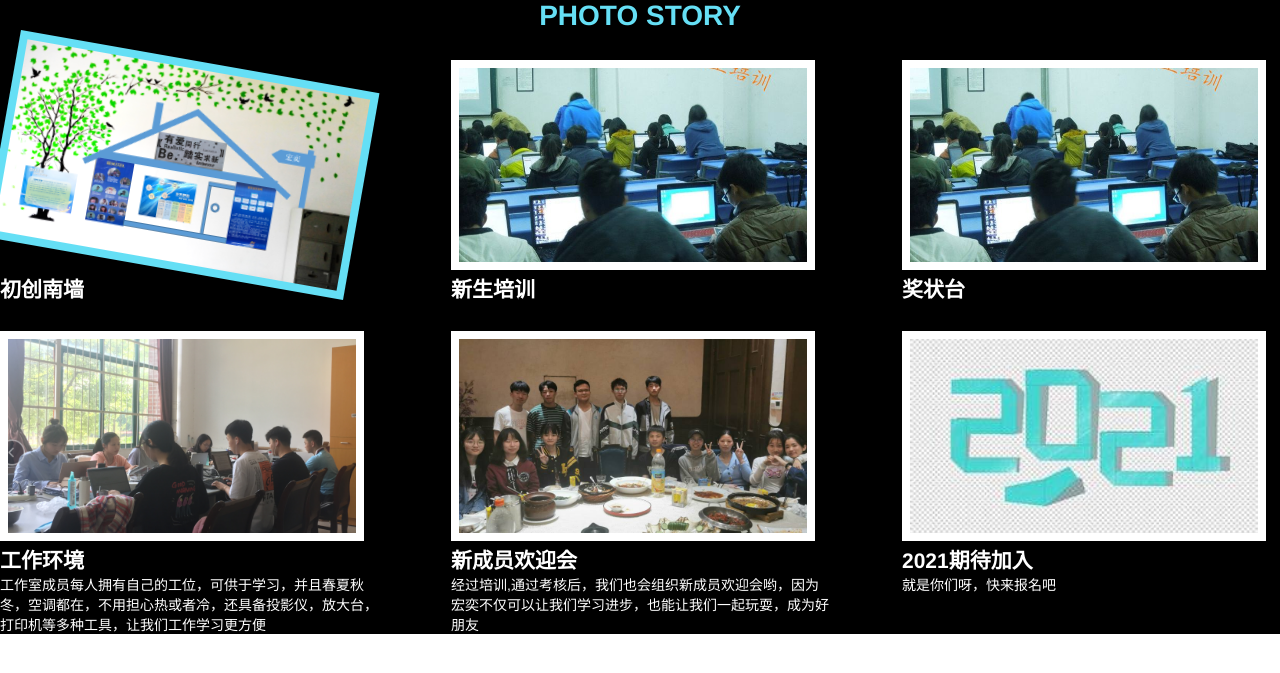
Repository: Homyit20/website
Page: /#/photo
An editor plug-in stored every save of this project. The page is shown before and after the next save, followed by the edit.
The browser window is 1280 px wide. The pictures show the whole page.
The project was rebuilt for these pictures with package versions that can differ from the ones it lists, and the page was loaded fresh each time. Also part of the build but not shown: vue.config.js.

Above is the page before, as saved 2021-08-10 16:12:10.

### public/index.html
<!DOCTYPE html>
<html lang="">
  <head>
    <meta charset="utf-8">
    <meta http-equiv="X-UA-Compatible" content="IE=edge">
    <meta name="viewport" content="width=device-width,initial-scale=1.0">
    <link rel="icon" href="<%= BASE_URL %>favicon.ico">
    <!-- <title><%= htmlWebpackPlugin.options.title %></title> -->
    <title><%= htmlWebpackPlugin.options.title %></title>
    <style>
      *{
        cursor: url("火箭.ico"),auto;
      }
      .body{
        overflow-x: hidden;
      }
    </style>
  </head>
  <body class="body">
    <noscript>
      <strong>We're sorry but <%= htmlWebpackPlugin.options.title %> doesn't work properly without JavaScript enabled. Please enable it to continue.</strong>
    </noscript>
    <div id="app"></div>
    <!-- built files will be auto injected -->
  </body>
</html>

### src/main.js
import Vue from 'vue'
import App from './App.vue'
import router from './router'
import store from './store'
// import VueCookies from 'vue-cookies'
// import axios from 'axios'
// import VueAxios from 'vue-axios'
import 'animate.css/animate.min.css'
// Vue.use(VueCookies)
// Vue.use(VueAxios, axios);

Vue.config.productionTip = false

new Vue({
  router,
  store,
  render: h => h(App),
}).$mount('#app')

//报名成功或者已报名才可进入二维码页面
router.beforeEach((to, from, next) => {
  //路由导航
  if (to.meta.islogin) {

    if (store.state.success == 1) {
      next()
    } else {
      next({
        path: from.path
      })
    }
  } else {

    if (to.meta.islogin) {
      if (store.state.success == 1) {
        next()
      } else {
        next({
          path: from.path
        })
      }
    } else {
      next()
    }
  }
})
window.onload = function(){
  document.title = "HOMYIT STUDIO"
}

### src/App.vue
<template>
  <div id="app">
    <router-view></router-view>
  </div>
</template>

<script>
// import NavBar from "./components/enter/enter.vue"
export default {
  name: "App"
};
</script>

<style>
* {
  margin: 0;
  padding: 0;
  box-sizing: border-box;
}
html {
  font-size: 14px;
}
#app {
  font-family: Avenir, Helvetica, Arial, sans-serif;
}
</style>

### src/router/index.js
import Vue from 'vue'
import VueRouter from 'vue-router'

Vue.use(VueRouter);

const routes = [
    {
        path: '/',
        redirect: '/enter',
        meta : {
            title : 'enter'
        }
    },
    {
        path: '/technique',
        component: () => import('../views/technique.vue'),
        meta : {
            title : 'technique'
        }
    },
    {
        path: '/develop',
        component: () => import('../views/develop.vue'),
        meta : {
            title : 'develop'
        }
    },
    {
        path: '/enter',
        component: () => import('../views/enter.vue'),
        meta : {
            title : 'enter'
        }
    },
    {
        path: '/login',
        component: () => import('../views/login.vue'),
        redirect: '/login/loginform',
        children: [{
            path: '/login/loginform',
            component: () => import('../components/content/loginform.vue'),
            meta : {
                title : 'login'
            }
        },
        {
            path: '/login/contact',
            component: () => import('../components/content/contact.vue'),
            meta: {
                islogin: true,
                title : 'contact'
            }
        }
        ]
    },
    {
        path: '/home',
        component: () => import('../views/Home.vue'),
        meta : {
            title : 'home'
        }
    }, {
        path: '/background',
        component: () => import('../views/background.vue'),
        meta : {
            title : 'background'
        }
    },
    {
        path : '/photo',
        component : () => import('../views/photo.vue')
    }
]

const router = new VueRouter({
    routes
})

export default router;

### src/store/index.js
import Vue from 'vue'
import Vuex from 'vuex'

Vue.use(Vuex)

const store = new Vuex.Store({
    state : {
        success : 0,
        isnav : false
    },
    mutations : {
        judge(state){
            state.success = 1
        }
    }
})

export default store;

### src/views/photo.vue
<template>
  <div class="photos-back">
    <h1>PHOTO STORY</h1>
    <div class="photo-content">
      <div class="photo-content-img">
        <img src="../assets/techlogin/images/南墙.png" class="photo-animate-one our-photo" @click="changephoto(0)">
        <h2>初创南墙</h2>
        <p></p>
      </div>
      <div class="photo-content-img">
        <img src="../assets/techlogin/images/新生培训.jpg" class="our-photo" @click="changephoto(1)">
        <h2>新生培训</h2>
        <p></p>
      </div>
      <div class="photo-content-img">
        <img src="../assets/techlogin/images/新生培训.jpg" class="our-photo" @click="changephoto(2)">
        <h2>奖状台</h2>
        <p></p>
      </div>
      <div class="photo-content-img">
        <img src="../assets/techlogin/images/工作环境.png" class="our-photo" @click="changephoto(3)">
        <h2>工作环境</h2>
        <p>工作室成员每人拥有自己的工位，可供于学习，并且春夏秋冬，空调都在，不用担心热或者冷，还具备投影仪，放大台，打印机等多种工具，让我们工作学习更方便</p>
      </div>
      <div class="photo-content-img">
        <img src="../assets/techlogin/images/2020.jpg" class="our-photo" @click="changephoto(4)">
        <h2>新成员欢迎会</h2>
        <p>经过培训,通过考核后，我们也会组织新成员欢迎会哟，因为宏奕不仅可以让我们学习进步，也能让我们一起玩耍，成为好朋友</p>
      </div>
      <div class="photo-content-img">
        <img src="../assets/techlogin/images/2021.jpg" @click="phototojoin()">
        <h2>2021期待加入</h2>
        <p>就是你们呀，快来报名吧</p>
      </div>
    </div>
  </div>
</template>

<script>
  let photobefore = 0;
  export default {
    name : 'photo',
    methods:{
      changephoto(value){
        let ourphoto = document.getElementsByClassName('our-photo');
        let photoh2 = document.getElementsByTagName('h2');
        photoh2[value].style.color = '#65dff5';
        photoh2[photobefore].style.color = '#fff';
        ourphoto[0].classList.remove('photo-animate-one');
        ourphoto[photobefore].classList.remove('photo-animate-one');
        ourphoto[value].classList.add('photo-animate-one');
        photobefore = value;
      },
      phototojoin(){
      this.$router.push({
        path : '/login/loginform'
      })
    }
    }
  }
</script>

<style>
.photos-back{
  width: 100vw;
  background-color: #000;
  display: flex;
  flex-direction: column;
  align-items: center;
  color: #65dff5;
}
.photo-content{
  display: flex;
  justify-content: space-between;
  flex-wrap: wrap;
}
.photo-content-img{
  width: 27rem;
  margin-top: 2rem;
  color: #fff;
}
.photo-content-img img{
  border: 8px solid #fff;
  width: 26rem;
  height: 15rem;
  object-fit: cover;
}
  .photo-content-img .photo-animate-one{
    border: 8px solid #65dff5;
    animation: photoone 2s infinite ease-in-out;
  }
/* 动画 */
@keyframes photoone {
  0%{
    transform: rotate(0deg);
  }
  50%{
    transform: rotate(10deg);
  }
  100%{
    transform: rotate(0deg);
  }
}


@media screen and (max-width : 800px){
  .photo-content{
    display: flex;
    flex-direction: column;
    align-items: center;
 }
   .photo-content-img img{
    width: 22rem;
    height: 12rem;
  }
}
@media screen and (min-width: 1500px){
  .photo-content-img img{
    width: 35rem;
    height: 20rem;
  }
}
</style>

After the next save:
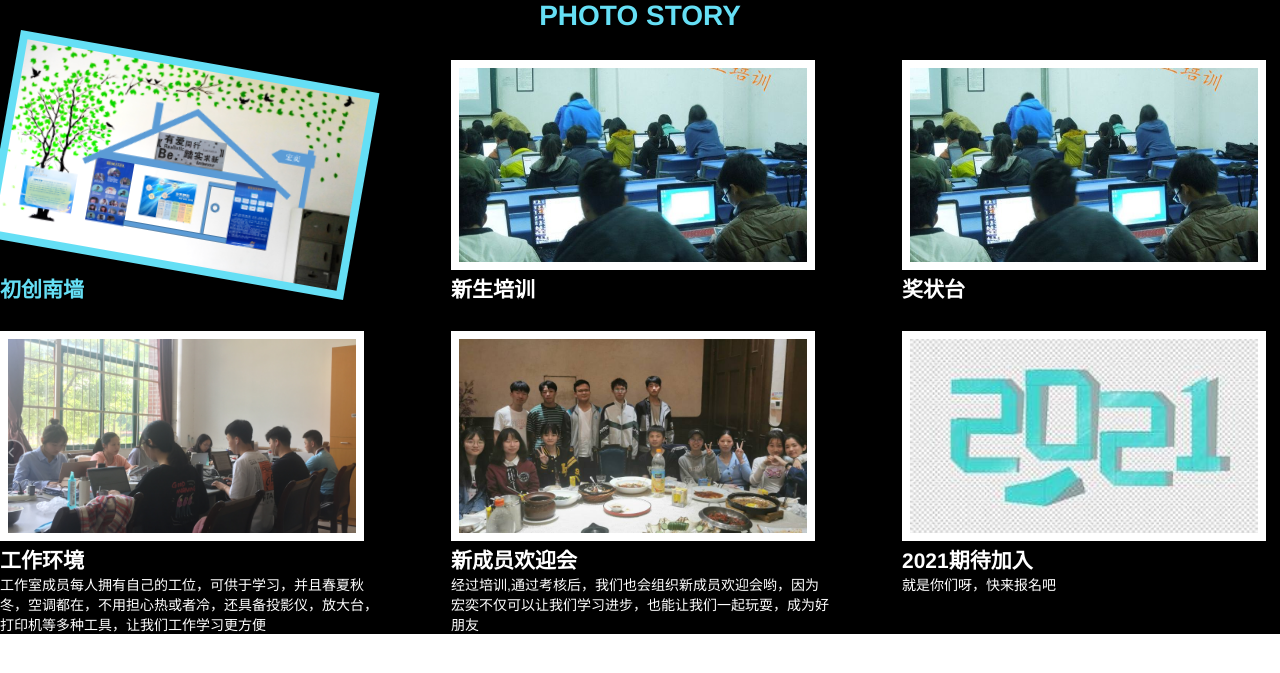
Saved 66 s later.
--- a/src/views/photo.vue
+++ b/src/views/photo.vue
@@ -4,7 +4,7 @@
     <div class="photo-content">
       <div class="photo-content-img">
         <img src="../assets/techlogin/images/南墙.png" class="photo-animate-one our-photo" @click="changephoto(0)">
-        <h2>初创南墙</h2>
+        <h2 class="active-photo">初创南墙</h2>
         <p></p>
       </div>
       <div class="photo-content-img">
@@ -79,6 +79,9 @@
   margin-top: 2rem;
   color: #fff;
 }
+.photo-content-img .active-photo{
+  color: #65dff5;
+}
 .photo-content-img img{
   border: 8px solid #fff;
   width: 26rem;
